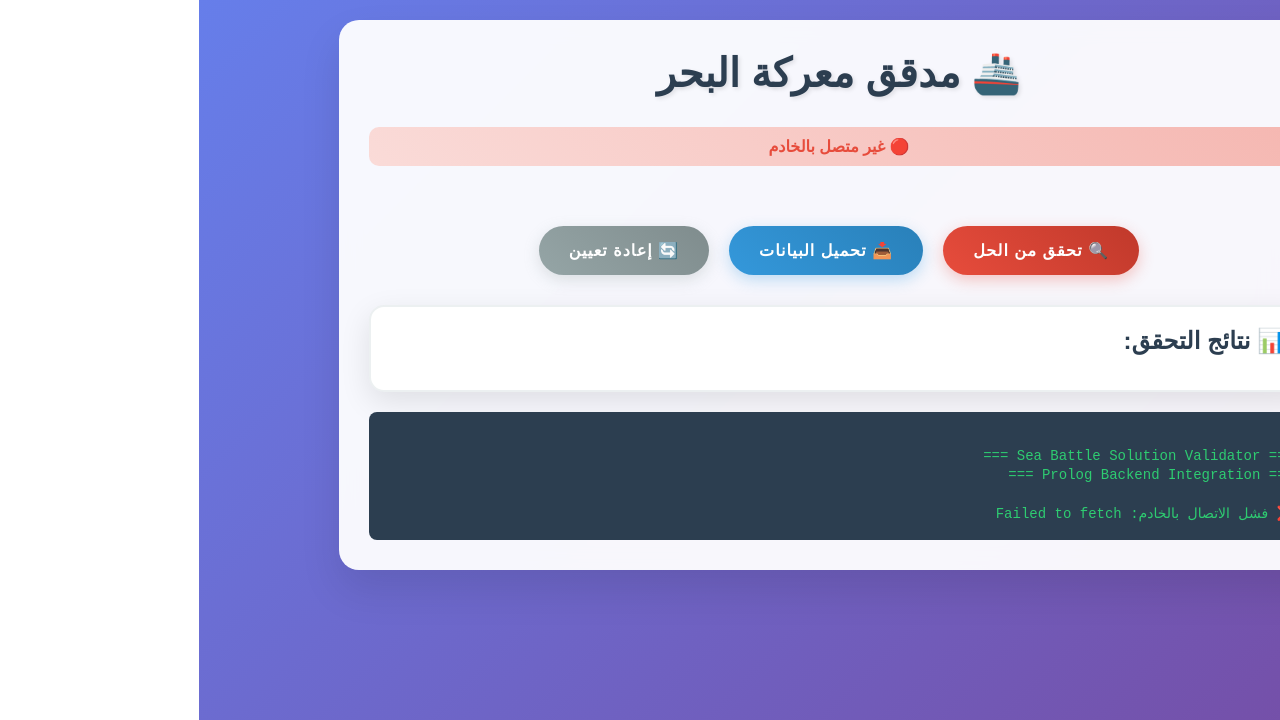
Repository: BORHOMJKJ0/SeaBattle
Page: static/index.html
The author's editor kept a copy of each file at every save. The page is drawn from the files as they stood at one save, then again after the next save.
The browser window is 1280 px wide. The pictures show the whole page.
The page's requests for data from a server got no answer.

Above is the page before, as saved 2025-07-15 12:15:05.

After the next save:
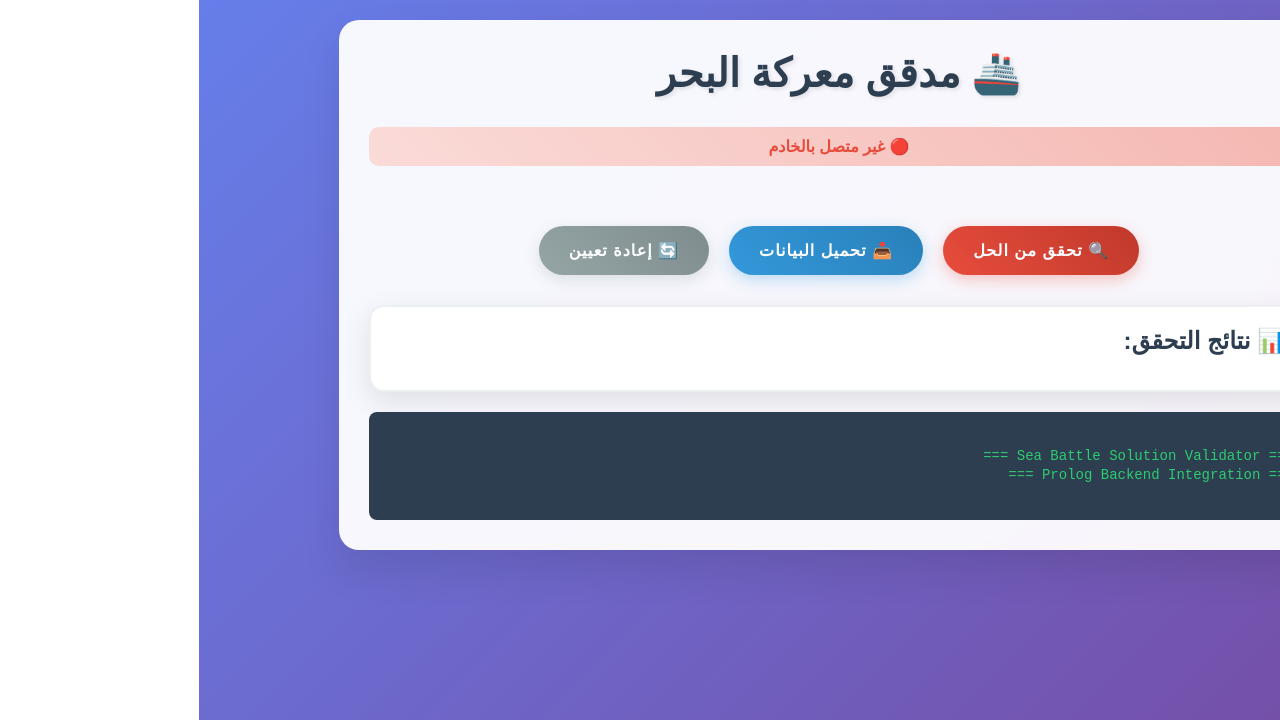
Console error: ReferenceError: logToConsole is not defined
Saved 104 s later.
--- a/static/script.js
+++ b/static/script.js
@@ -19,46 +19,79 @@
 async function handleServerResponse(response) {
     const contentType = response.headers.get('content-type');
 
+    // Get the raw response text first
+    const text = await response.text();
+    console.log('Raw response:', text.substring(0, 500) + (text.length > 500 ? '...' : ''));
+    console.log('Response status:', response.status);
+    console.log('Content-Type:', contentType);
+
     if (!response.ok) {
         let errorMessage = `HTTP ${response.status}: ${response.statusText}`;
 
-        // Try to get more detailed error information
-        try {
-            if (contentType && contentType.includes('application/json')) {
-                const errorData = await response.json();
-                if (errorData.message) {
-                    errorMessage += ` - ${errorData.message}`;
+        // Try to extract useful error information from the response
+        if (text) {
+            // If it looks like HTML, try to extract the error
+            if (text.includes('<html>') || text.includes('<!DOCTYPE')) {
+                const titleMatch = text.match(/<title>(.*?)<\/title>/i);
+                const bodyMatch = text.match(/<body[^>]*>(.*?)<\/body>/is);
+
+                if (titleMatch) {
+                    errorMessage += ` - ${titleMatch[1]}`;
+                } else if (bodyMatch) {
+                    // Extract plain text from HTML
+                    const plainText = bodyMatch[1].replace(/<[^>]*>/g, '').trim();
+                    errorMessage += ` - ${plainText.substring(0, 200)}`;
                 }
             } else {
-                const errorText = await response.text();
-                if (errorText) {
-                    errorMessage += ` - ${errorText.substring(0, 200)}`;
+                // Try to parse as JSON for structured error
+                try {
+                    const errorData = JSON.parse(text);
+                    if (errorData.message) {
+                        errorMessage += ` - ${errorData.message}`;
+                    } else if (errorData.error) {
+                        errorMessage += ` - ${errorData.error}`;
+                    }
+                } catch (e) {
+                    // Not JSON, just include raw text
+                    errorMessage += ` - ${text.substring(0, 200)}`;
                 }
             }
-        } catch (e) {
-            // If we can't parse the error response, just use the status
-            console.warn('Could not parse error response:', e);
         }
 
         throw new Error(errorMessage);
     }
 
-    // Check if response is actually JSON
-    if (!contentType || !contentType.includes('application/json')) {
-        const text = await response.text();
-        console.error('Expected JSON but got:', contentType, 'Content:', text.substring(0, 200));
-        throw new Error('الخادم لم يرجع JSON صحيح. نوع المحتوى: ' + (contentType || 'غير محدد'));
-    }
-
-    const text = await response.text();
-    console.log('Raw response:', text);
-
+    // Check if the response looks like JSON
+    const trimmedText = text.trim();
+    if (!trimmedText.startsWith('{') && !trimmedText.startsWith('[')) {
+        console.error('Response does not look like JSON:', trimmedText.substring(0, 200));
+
+        // If it contains HTML, it's likely an error page
+        if (trimmedText.includes('<html>') || trimmedText.includes('<!DOCTYPE')) {
+            throw new Error('الخادم أرجع صفحة HTML بدلاً من JSON - يبدو أن هناك خطأ في الخادم');
+        }
+
+        // If it starts with "Content-Type" or other headers, it's malformed HTTP
+        if (trimmedText.startsWith('Content-Type') || trimmedText.startsWith('HTTP/')) {
+            throw new Error('الخادم أرجع رؤوس HTTP بدلاً من JSON - خطأ في إعداد الخادم');
+        }
+
+        throw new Error('الخادم لم يرجع JSON صحيح. المحتوى: ' + trimmedText.substring(0, 100));
+    }
+
+    // Try to parse as JSON
     try {
-        return JSON.parse(text);
+        return JSON.parse(trimmedText);
     } catch (parseError) {
         console.error('JSON parsing error:', parseError);
-        console.error('Response text:', text);
-        throw new Error('خطأ في تحليل الاستجابة من الخادم: ' + parseError.message);
+        console.error('Failed to parse:', trimmedText.substring(0, 200));
+
+        // Provide more specific error messages
+        if (trimmedText.includes('Content-Type')) {
+            throw new Error('الخادم أرجع رؤوس HTTP في الاستجابة. تحقق من إعدادات الخادم.');
+        }
+
+        throw new Error('خطأ في تحليل JSON من الخادم: ' + parseError.message);
     }
 }
 
@@ -304,10 +337,52 @@
     clearInvalidHighlights();
 }
 
-function logToConsole(text) {
-    const consoleEl = document.getElementById('console');
-    consoleEl.textContent += '\n' + text;
-    consoleEl.scrollTop = consoleEl.scrollHeight;
+// Test function to debug server responses
+async function debugServer() {
+    console.log('=== مصحح الخادم ===');
+
+    for (const [endpoint, url] of Object.entries(API_ENDPOINTS)) {
+        console.log(`\n--- اختبار ${endpoint}: ${url} ---`);
+
+        try {
+            const response = await fetch(url, {
+                method: endpoint === 'validate' ? 'POST' : 'GET',
+                headers: {
+                    'Content-Type': 'application/json; charset=UTF-8',
+                    'Accept': 'application/json; charset=UTF-8'
+                },
+                body: endpoint === 'validate' ? JSON.stringify({grid: [[1, 2], [2, 1]]}) : undefined
+            });
+
+            console.log(`Status: ${response.status} ${response.statusText}`);
+            console.log(`Content-Type: ${response.headers.get('content-type')}`);
+
+            const text = await response.text();
+            console.log(`Response length: ${text.length}`);
+            console.log(`Response preview: ${text.substring(0, 200)}${text.length > 200 ? '...' : ''}`);
+
+        } catch (error) {
+            console.error(`خطأ في ${endpoint}:`, error.message);
+        }
+    }
+}
+
+// Add this function to your DOMContentLoaded event
+function addDebugButton() {
+    const debugBtn = document.createElement('button');
+    debugBtn.textContent = 'اختبار الخادم 🔍';
+    debugBtn.style.margin = '10px';
+    debugBtn.style.padding = '10px';
+    debugBtn.style.backgroundColor = '#007bff';
+    debugBtn.style.color = 'white';
+    debugBtn.style.border = 'none';
+    debugBtn.style.borderRadius = '5px';
+    debugBtn.style.cursor = 'pointer';
+
+    debugBtn.addEventListener('click', debugServer);
+
+    const container = document.querySelector('.controls') || document.body;
+    container.appendChild(debugBtn);
 }
 
 window.addEventListener('DOMContentLoaded', () => {

After the save that followed:
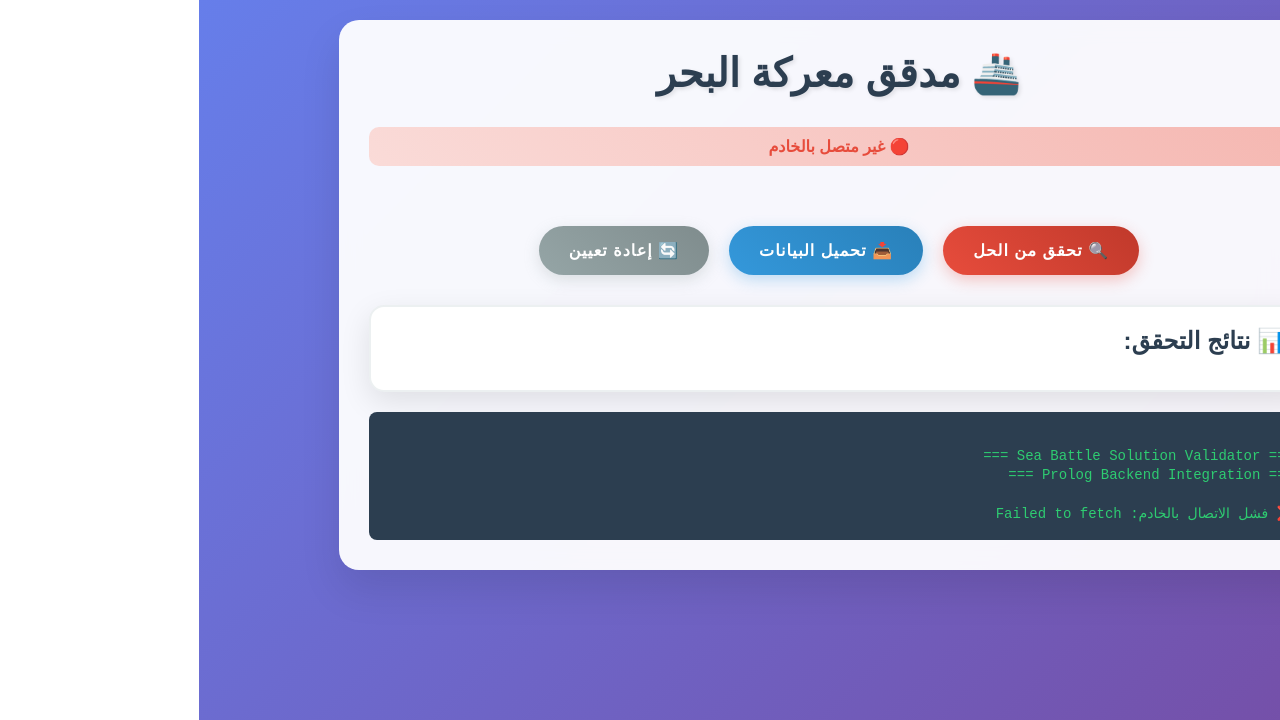
The error is gone.
Saved 2 min 24 s later.
--- a/static/script.js
+++ b/static/script.js
@@ -19,79 +19,46 @@
 async function handleServerResponse(response) {
     const contentType = response.headers.get('content-type');
 
-    // Get the raw response text first
-    const text = await response.text();
-    console.log('Raw response:', text.substring(0, 500) + (text.length > 500 ? '...' : ''));
-    console.log('Response status:', response.status);
-    console.log('Content-Type:', contentType);
-
     if (!response.ok) {
         let errorMessage = `HTTP ${response.status}: ${response.statusText}`;
 
-        // Try to extract useful error information from the response
-        if (text) {
-            // If it looks like HTML, try to extract the error
-            if (text.includes('<html>') || text.includes('<!DOCTYPE')) {
-                const titleMatch = text.match(/<title>(.*?)<\/title>/i);
-                const bodyMatch = text.match(/<body[^>]*>(.*?)<\/body>/is);
-
-                if (titleMatch) {
-                    errorMessage += ` - ${titleMatch[1]}`;
-                } else if (bodyMatch) {
-                    // Extract plain text from HTML
-                    const plainText = bodyMatch[1].replace(/<[^>]*>/g, '').trim();
-                    errorMessage += ` - ${plainText.substring(0, 200)}`;
+        // Try to get more detailed error information
+        try {
+            if (contentType && contentType.includes('application/json')) {
+                const errorData = await response.json();
+                if (errorData.message) {
+                    errorMessage += ` - ${errorData.message}`;
                 }
             } else {
-                // Try to parse as JSON for structured error
-                try {
-                    const errorData = JSON.parse(text);
-                    if (errorData.message) {
-                        errorMessage += ` - ${errorData.message}`;
-                    } else if (errorData.error) {
-                        errorMessage += ` - ${errorData.error}`;
-                    }
-                } catch (e) {
-                    // Not JSON, just include raw text
-                    errorMessage += ` - ${text.substring(0, 200)}`;
+                const errorText = await response.text();
+                if (errorText) {
+                    errorMessage += ` - ${errorText.substring(0, 200)}`;
                 }
             }
+        } catch (e) {
+            // If we can't parse the error response, just use the status
+            console.warn('Could not parse error response:', e);
         }
 
         throw new Error(errorMessage);
     }
 
-    // Check if the response looks like JSON
-    const trimmedText = text.trim();
-    if (!trimmedText.startsWith('{') && !trimmedText.startsWith('[')) {
-        console.error('Response does not look like JSON:', trimmedText.substring(0, 200));
-
-        // If it contains HTML, it's likely an error page
-        if (trimmedText.includes('<html>') || trimmedText.includes('<!DOCTYPE')) {
-            throw new Error('الخادم أرجع صفحة HTML بدلاً من JSON - يبدو أن هناك خطأ في الخادم');
-        }
-
-        // If it starts with "Content-Type" or other headers, it's malformed HTTP
-        if (trimmedText.startsWith('Content-Type') || trimmedText.startsWith('HTTP/')) {
-            throw new Error('الخادم أرجع رؤوس HTTP بدلاً من JSON - خطأ في إعداد الخادم');
-        }
-
-        throw new Error('الخادم لم يرجع JSON صحيح. المحتوى: ' + trimmedText.substring(0, 100));
-    }
-
-    // Try to parse as JSON
+    // Check if response is actually JSON
+    if (!contentType || !contentType.includes('application/json')) {
+        const text = await response.text();
+        console.error('Expected JSON but got:', contentType, 'Content:', text.substring(0, 200));
+        throw new Error('الخادم لم يرجع JSON صحيح. نوع المحتوى: ' + (contentType || 'غير محدد'));
+    }
+
+    const text = await response.text();
+    console.log('Raw response:', text);
+
     try {
-        return JSON.parse(trimmedText);
+        return JSON.parse(text);
     } catch (parseError) {
         console.error('JSON parsing error:', parseError);
-        console.error('Failed to parse:', trimmedText.substring(0, 200));
-
-        // Provide more specific error messages
-        if (trimmedText.includes('Content-Type')) {
-            throw new Error('الخادم أرجع رؤوس HTTP في الاستجابة. تحقق من إعدادات الخادم.');
-        }
-
-        throw new Error('خطأ في تحليل JSON من الخادم: ' + parseError.message);
+        console.error('Response text:', text);
+        throw new Error('خطأ في تحليل الاستجابة من الخادم: ' + parseError.message);
     }
 }
 
@@ -337,52 +304,10 @@
     clearInvalidHighlights();
 }
 
-// Test function to debug server responses
-async function debugServer() {
-    console.log('=== مصحح الخادم ===');
-
-    for (const [endpoint, url] of Object.entries(API_ENDPOINTS)) {
-        console.log(`\n--- اختبار ${endpoint}: ${url} ---`);
-
-        try {
-            const response = await fetch(url, {
-                method: endpoint === 'validate' ? 'POST' : 'GET',
-                headers: {
-                    'Content-Type': 'application/json; charset=UTF-8',
-                    'Accept': 'application/json; charset=UTF-8'
-                },
-                body: endpoint === 'validate' ? JSON.stringify({grid: [[1, 2], [2, 1]]}) : undefined
-            });
-
-            console.log(`Status: ${response.status} ${response.statusText}`);
-            console.log(`Content-Type: ${response.headers.get('content-type')}`);
-
-            const text = await response.text();
-            console.log(`Response length: ${text.length}`);
-            console.log(`Response preview: ${text.substring(0, 200)}${text.length > 200 ? '...' : ''}`);
-
-        } catch (error) {
-            console.error(`خطأ في ${endpoint}:`, error.message);
-        }
-    }
-}
-
-// Add this function to your DOMContentLoaded event
-function addDebugButton() {
-    const debugBtn = document.createElement('button');
-    debugBtn.textContent = 'اختبار الخادم 🔍';
-    debugBtn.style.margin = '10px';
-    debugBtn.style.padding = '10px';
-    debugBtn.style.backgroundColor = '#007bff';
-    debugBtn.style.color = 'white';
-    debugBtn.style.border = 'none';
-    debugBtn.style.borderRadius = '5px';
-    debugBtn.style.cursor = 'pointer';
-
-    debugBtn.addEventListener('click', debugServer);
-
-    const container = document.querySelector('.controls') || document.body;
-    container.appendChild(debugBtn);
+function logToConsole(text) {
+    const consoleEl = document.getElementById('console');
+    consoleEl.textContent += '\n' + text;
+    consoleEl.scrollTop = consoleEl.scrollHeight;
 }
 
 window.addEventListener('DOMContentLoaded', () => {
